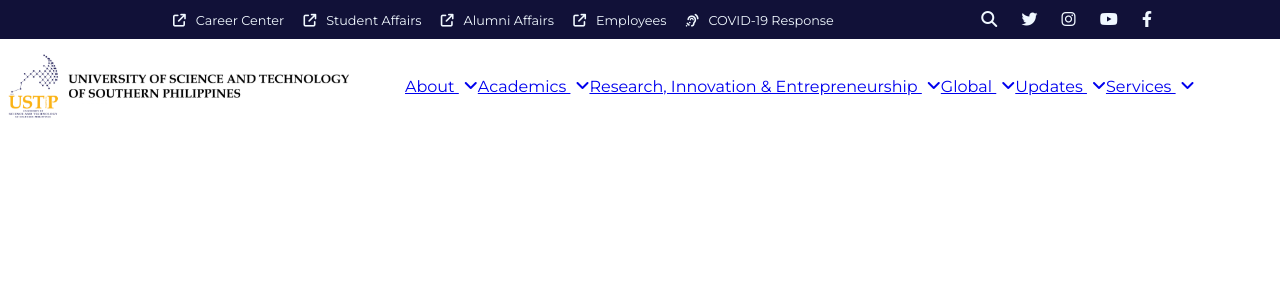
Repository: Joy5345/Colis-MidTerm_PIT
Page: index.html
These files come from the project's save history. The page is drawn as it stood at one moment and after the next save; the edit follows.
The browser window is 1280 px wide. The pictures show the whole page.

Above is the page before, as saved 2023-07-29 16:37:45.

After the next save:
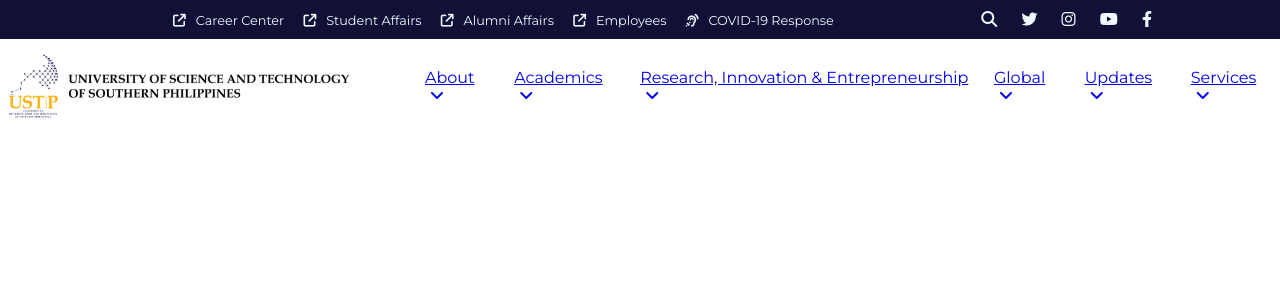
Saved 114 s later.
--- a/css/style.css
+++ b/css/style.css
@@ -80,7 +80,8 @@
     text-decoration: none;
 }
 
-.nav-services li {
+.nav-services > ul li {
+    display: inline-flex;
+    margin-left: 20px;
     list-style: none;
-    color: black;
 }
